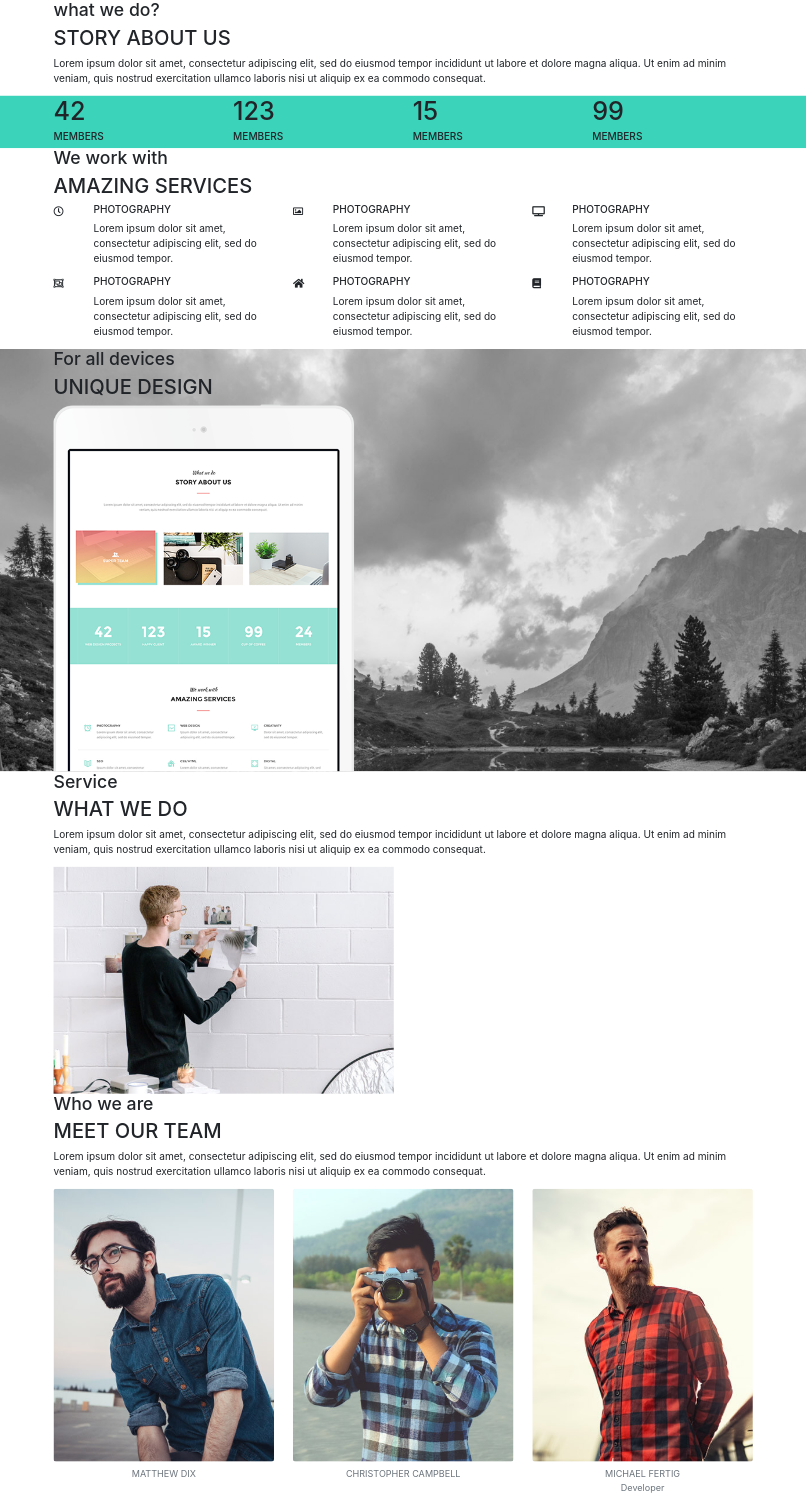
Repository: nourabdelhakam/MoGo-template
Page: index.html
These files come from the project's save history. The page is drawn as it stood at one moment and after the next save; the edit follows.
The browser window is 1280 px wide. The pictures show the whole page, at 63% of full size.
Some web libraries are served in a nearby version. The style sheet was rebuilt from its Sass, Less or Tailwind sources for each picture, by a compiler version that may differ from the author's.

Above is the page before, as saved 2021-02-21 20:13:02.

After the next save:
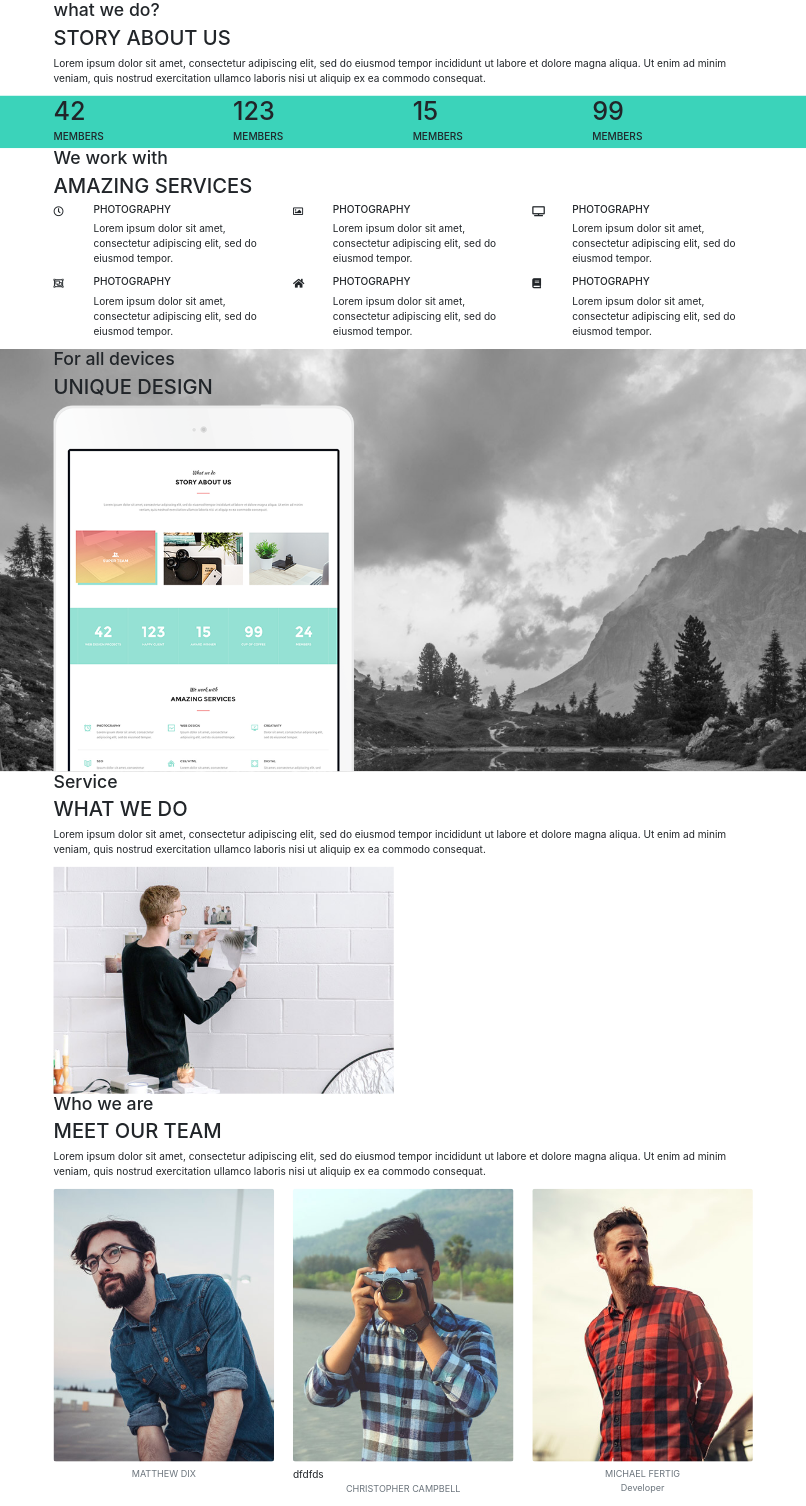
Saved 87 s later.
--- a/index.html
+++ b/index.html
@@ -161,6 +161,7 @@
                 <div class="col-xl-4 col-md-4 col-sm-12 col-xs-12">
                     <figure class="figure">
                         <img src="./assets/img/team2.jpg" class="figure-img img-fluid rounded" alt="...">
+                        <span>dfdfds</span>
                         <figcaption class="figure-caption text-center">CHRISTOPHER CAMPBELL</figcaption>
                     </figure>
                 </div>
